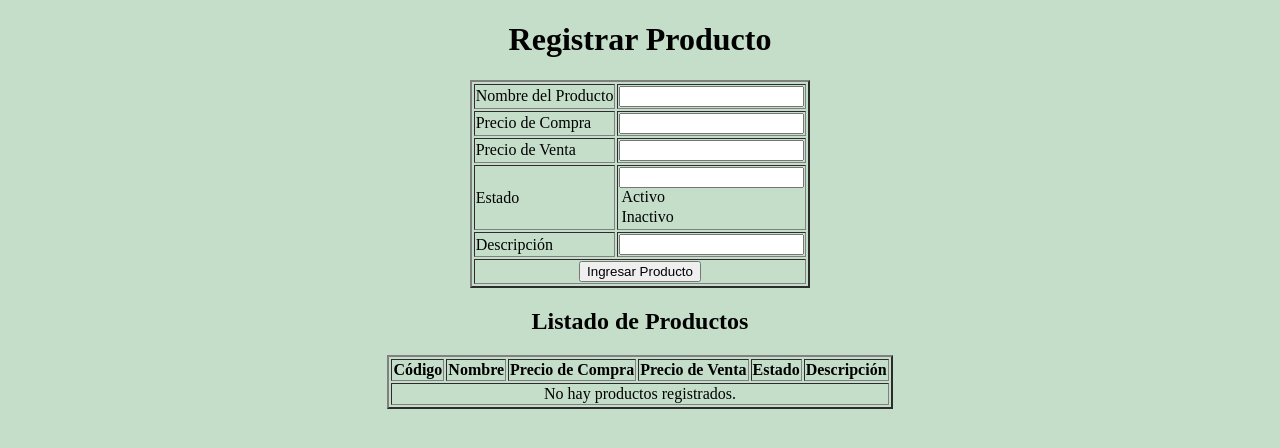
Repository: RubiG-T-L-001/ExamenSustitutorio
Page: http://localhost/ExamenSustitutorio/ControladorProducto
The author's editor kept a copy of each file at every save. The page is drawn from the files as they stood at one save, then again after the next save.
The browser window is 1280 px wide. The pictures show the whole page.
The page is served by Tomcat 9. Other server files are loaded and not shown.

Above is the page before, as saved 2024-10-19 04:05:26.

### ExamenSustitutorio/src/main/webapp/RegistrarProducto.jsp
<%@ page language="java" contentType="text/html; charset=ISO-8859-1"
    pageEncoding="ISO-8859-1"%>
    <%@ page import="java.util.*" %>
    <%@ page import="model.*" %>
<!DOCTYPE html PUBLIC "-//W3C//DTD HTML 4.01 Transitional//EN" "http://www.w3.org/TR/html4/loose.dtd">
<html>
<head>
<meta http-equiv="Content-Type" content="text/html; charset=ISO-8859-1">
<title>Insert title here</title>
</head>
<body bgcolor="#c5dec9">
    <h1 align="center">Registrar Producto</h1>
    <form action="ControladorProducto" method="post">
        <table border="2" align="center">
            <tr>
                <td>Nombre del Producto</td>
                <td><input type="text" name="nombresusti" required></td>
            </tr>
            <tr>
                <td>Precio de Compra</td>
                <td><input type="text" name="preciocompsusti" required></td>
            </tr>
            <tr>
                <td>Precio de Venta</td>
                <td><input type="text" name="precioventasusti" required></td>
            </tr>
            <tr>
                <td>Estado</td>
                <td><input type="text" name="estadosusti" required>
                <option value="Activo">Activo</option>
            <option value="Inactivo">Inactivo</option>
                </td>
            </tr>
            <tr>
                <td>Descripción</td>
                <td><input type="text" name="descripsusti" required></td>
            </tr>
            <tr>
                <td colspan="2" align="center">
                    <input type="submit" value="Ingresar Producto">
                </td>
            </tr>
        </table>
    </form>

    <h2 align="center">Listado de Productos</h2>
    <table border="2" align="center">
        <thead>
            <tr>
                <th>Código</th>
                <th>Nombre</th>
                <th>Precio de Compra</th>
                <th>Precio de Venta</th>
                <th>Estado</th>
                <th>Descripción</th>
            </tr>
        </thead>
        <tbody>
            <%
            List<TblProductosusti> listado = (List<TblProductosusti>) request.getAttribute("listado");

            // Aplicamos una condición...
            if (listado != null) {
                // Aplicamos un bucle
                for (TblProductosusti lis : listado) {
            %>
                <tr>
                    <td><%= lis.getIdproductosusti() %></td>
                    <td><%= lis.getNombresusti() %></td>
                    <td><%= lis.getPreciocompsusti() %></td>
                    <td><%= lis.getPrecioventasusti() %></td>
                    <td><%= lis.getEstadosusti() %></td>
                    <td><%= lis.getDescripsusti() %></td>
                </tr>
            <%
                }
            } else {
            %>
                <tr>
                    <td colspan="6" align="center">No hay productos registrados.</td>
                </tr>
            <%
            }
            %>
        </tbody>
    </table>
</body>

</html>

### ExamenSustitutorio/src/main/java/controlador/ControladorProducto.java
package controlador;

import java.io.IOException;
import java.util.List;

import javax.servlet.ServletException;
import javax.servlet.http.HttpServlet;
import javax.servlet.http.HttpServletRequest;
import javax.servlet.http.HttpServletResponse;

import DaoImp.ProductoImp;
import model.TblProductosusti;

/**
 * Servlet implementation class ControladorProducto
 */
public class ControladorProducto extends HttpServlet {
	private static final long serialVersionUID = 1L;

    /**
     * @see HttpServlet#HttpServlet()
     */
    public ControladorProducto() {
        super();
        // TODO Auto-generated constructor stub
    }

	/**
	 * @see HttpServlet#doGet(HttpServletRequest request, HttpServletResponse response)
	 */
	protected void doGet(HttpServletRequest request, HttpServletResponse response) throws ServletException, IOException {
		request.getRequestDispatcher("/RegistrarProducto.jsp").forward(request, response);
	}

	/**
	 * @see HttpServlet#doPost(HttpServletRequest request, HttpServletResponse response)
	 */
	protected void doPost(HttpServletRequest request, HttpServletResponse response) throws ServletException, IOException {
		String nombresusti = request.getParameter("nombresusti");
		double preciocompsusti = Double.parseDouble(request.getParameter("preciocompsusti"));
		double precioventasusti = Double.parseDouble(request.getParameter("precioventasusti"));
		String estadosusti = request.getParameter("estadosusti");
		String descripsusti = request.getParameter("descripsusti");

		TblProductosusti tblprod = new TblProductosusti();
		ProductoImp prodimp = new ProductoImp();


		tblprod.setNombresusti(nombresusti);
		tblprod.setPreciocompsusti(preciocompsusti);
		tblprod.setPrecioventasusti(precioventasusti);
		tblprod.setEstadosusti(estadosusti);
		tblprod.setDescripsusti(descripsusti);


		prodimp.RegistrarProducto(tblprod);


		List<TblProductosusti> listado = prodimp.ListarProducto();


		request.setAttribute("listado", listado);


		request.getRequestDispatcher("/RegistrarProducto.jsp").forward(request, response);
	}

}

After the next save:
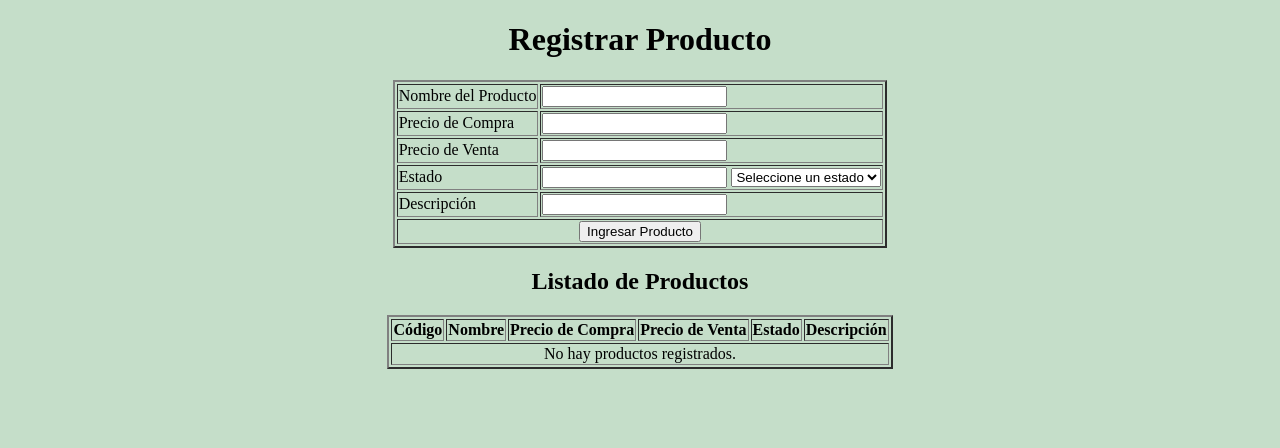
Saved 73 s later.
--- a/ExamenSustitutorio/src/main/webapp/RegistrarProducto.jsp
+++ b/ExamenSustitutorio/src/main/webapp/RegistrarProducto.jsp
@@ -27,8 +27,11 @@
             <tr>
                 <td>Estado</td>
                 <td><input type="text" name="estadosusti" required>
-                <option value="Activo">Activo</option>
+                <select name="estadosusti" required>
+            <option value="">Seleccione un estado</option>
+            <option value="Activo">Activo</option>
             <option value="Inactivo">Inactivo</option>
+        </select>
                 </td>
             </tr>
             <tr>
